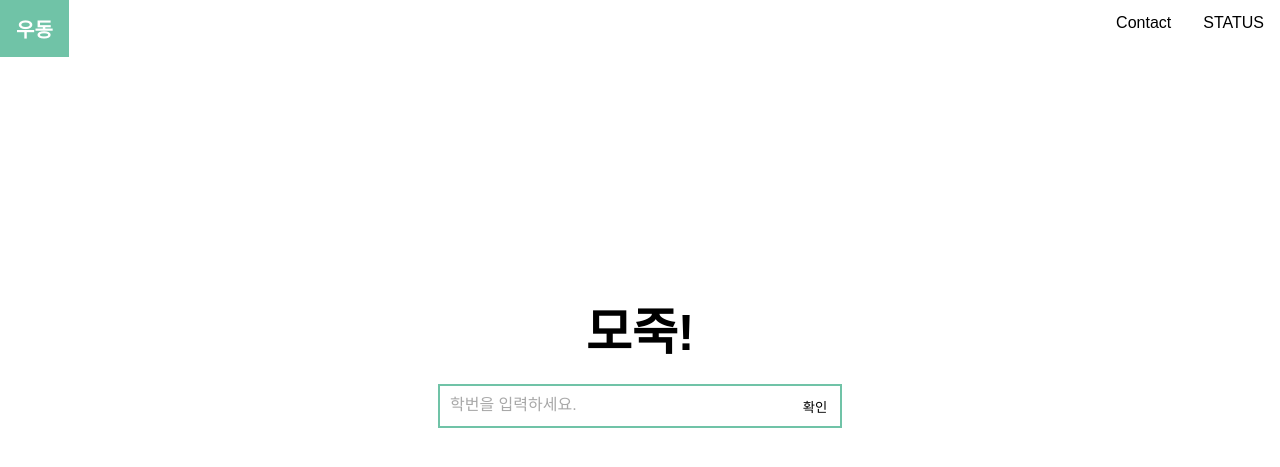
Repository: charmingjae/circles
Page: http://localhost/circles/root/login.jsp
The author's editor kept a copy of each file at every save. The page is drawn from the files as they stood at one save, then again after the next save.
The browser window is 1280 px wide. The pictures show the whole page.
Some web fonts or font styles are not loaded; a fallback is used. The page is served by Tomcat 9. Other server files are loaded and not shown.

Above is the page before, as saved 2020-07-09 15:42:02.

### circles/WebContent/root/login.jsp
<%@ page language="java" contentType="text/html; charset=UTF-8"
    pageEncoding="UTF-8"%>
<!DOCTYPE html>
<html>
<head>
	<meta charset="UTF-8">
	<title>MOJUK</title>

	<!-- Link login.css -->
	<link href="../css/index.css" rel="stylesheet" type="text/css">
	<script type="text/javascript">
		function validForm(){
			var frmStuNo = document.frmStuNo;
			var stuNo = frmStuNo.inputStuNo.value;

			if(!stuNo){
				alert('학번을 입력해주세요.');
				return;
			}
			else if(stuNo.length > 9 || stuNo.length < 9){
				alert('학번을 정확히 입력해주세요.');
				return;
			}
			else{
				frmStuNo.submit();
			}
		}

		function entValidForm(e){
			if(event.keyCode == 13){
				validForm();
			}
		}

		function maxLengthCheck(object){
			if(object.value.length > object.maxLength){
				object.value = object.value.slice(0, object.maxLength);
			}
		}

	</script>
</head>
<body>
	<!-- include header -->
	<%@include file ="../navbar/navbar.jsp" %>

	<!--
	2020. 07. 08.
	writer : minjae

	2020. 07. 09.
	memo : form tag 추가
	writer : minjae
	-->
	<form onsubmit="return false;" action="wrInfo.jsp" class="container" method="post" name="frmStuNo">
		<div class="container">
			<span> 모죽! </span>
			<div class="main">
				<input type="number" oninput="maxLengthCheck(this)" onkeydown="entValidForm()" maxlength="9" name="inputStuNo" placeholder="학번을 입력하세요.">
				<button type="button" onclick="validForm()">확인</button>
			</div>
		</div>
	</form>
</body>
</html>

### circles/WebContent/navbar/navbar.jsp
<%@ page language="java" contentType="text/html; charset=UTF-8"
    pageEncoding="UTF-8"%>
<!DOCTYPE html>
<html>
<head>
<meta charset="UTF-8">
<title></title>

	<!-- Link navbar.css -->
	<link href="../css/navbar.css" rel="stylesheet" type="text/css">
</head>
	<%
		String getSession = (String)session.getAttribute("userID");
	%>
<body>
	<ul id="main-menu">
		<li class="headName" id="main-menu1"><a href="../root/index.jsp" class="headName">우동</a></li>
		<%
			if((getSession != null) && (getSession.isEmpty() == false)){
				%>
				<li style="float:right" id="main-menu2"><a class="active" href="../root/admPg.jsp"><%=getSession %>님 환영합니다.</a>
					<ul id="sub-menu">
						<li><a class="subAct" href="../mojuk/member.jsp">🍀동아리원🍀</a></li>
						<li><a class="subAct" href="../proc/logout.jsp">로그아웃</a></li>
					</ul>
				</li>
				<%
			}
			else{

				%>
				<li style="float:right"><a class="active" href="../root/status.jsp">STATUS</a></li>
				<%
			}
		%>
		<li style="float:right"><a class="active" href="../root/contact.jsp">Contact</a></li>
	</ul>
</body>
</html>

### circles/WebContent/css/index.css
@charset "UTF-8";

/* @import url(//spoqa.github.io/spoqa-han-sans/css/SpoqaHanSans-kr.css);
@import url(https://fonts.googleapis.com/css?family=Roboto:400,100,700);
body, table, div, .container, span, input, .main{ font-family: ‘Roboto’, ‘Spoqa Han Sans’, ‘Spoqa Han Sans JP’, ‘Sans-serif’; } */

@import url(https://cdn.jsdelivr.net/gh/moonspam/NanumSquare@1.0/nanumsquare.css);

body {
    font-family: 'NanumSquare', sans-serif;
}


/*font-weight는 100(thin), 400(normal), 700(bold)만 사용하세요.*/


/* Chrome, iex, fire-fox Settings */
input:-ms-input-placeholder {color:#a8a8a8;}
input::-webkit-input-placeholder{color:#a8a8a8;}
input::-moz-placeholder{columns: #a8a8a8;}

/* Head Comment */
/* 나중에 px단위를 가변 단위로 바꿀 수 있으면 좋겠다. :-) */

html,body{
	height: 100%;
}

body{
	display:table-cell;
	margin: 0 auto;
}

/* .container{
	height: 100%;
	display: table-cell;
	vertical-align: middle;
	text-align:center;
} */

.container{
	position:absolute;
	left:50%;
	top:50%;
	transform: translate(-50%, -50%);
	vertical-align: middle;
	text-align:center;
}


/* 모죽! 관련 css */
.container span{
	font-size: 50px;
	font-weight: bold;
}


/* 학번 입력 div Settings */
div .main{
    height:40px;
    width: 400px;
    border: 2px solid #70c3a7;
    background: #ffffff;
    margin-top: 20px;
}

input{
	font-size: 16px;
	width: 325px;
	padding: 10px;
	border: 0px;
	outline: none;
	float: left;
}

button{
	width: 50px;
	height: 100%;
	border: 0px;
	background: #ffffff;
	outline: none;
	float: right;
	color: black;
}

button:hover{
	color: #ffffff;
	background: #70c3a7;
}

### circles/WebContent/css/navbar.css
@charset "UTF-8";

@import url(https://cdn.jsdelivr.net/gh/moonspam/NanumSquare@1.0/nanumsquare.css);

body {
    font-family: 'NanumSquare', sans-serif;
}

ul{
	width:100%;
	list-style-type: none;
	margin: 0;
	padding: 0;
	background-color: #ffffff;
	position:fixed;
}

li {
	float:none;
}

a {

  display: inline-block;
  color: black;
  text-align: center;
  padding: 14px 16px;
  text-decoration: none;
}

/* Change the link color to #111 (black) on hover */
a:hover {
  background-color: #70c3a7;
  color:#ffffff;
}

li .headName{
	font-weight: bold;
}

#sub-menu{
	position:absolute;
	opacity: 0;
	visibility: hidden;
}

#main-menu1{
	font-size: 20px;
}

#main-menu1, #main-menu2{
	float:left;
}

#main-menu2:hover #sub-menu{
	opacity:1;
	visibility:visible;
}
.subAct{
	width:130px !important;
}

### circles/WebContent/css/login.css
@charset "UTF-8";


@import url(https://cdn.jsdelivr.net/gh/moonspam/NanumSquare@1.0/nanumsquare.css);

body {
    font-family: 'NanumSquare', sans-serif;
}

/* Chrome, iex, fire-fox Settings */
input:-ms-input-placeholder {color:#a8a8a8;}
input::-webkit-input-placeholder{color:#a8a8a8;}
input::-moz-placeholder{columns: #a8a8a8;}

/* Head Comment */
/* 나중에 px단위를 가변 단위로 바꿀 수 있으면 좋겠다. :-) */

html,body{
	height: 100%;
}

body{
	display:table-cell;
	margin: 0 auto;
	background-color: #ffffff;
}

/* .container{
	height: 100%;
	display: table-cell;
	vertical-align: middle;
	text-align:center;
	background-color: #ffffff;
} */

.container{
	position:absolute;
	left:50%;
	top:50%;
	transform: translate(-50%, -50%);
	vertical-align: middle;
	text-align:center;
}


/* login 관련 css */
#showLogin{
	font-size: 60px;
	font-weight: bold;
	display:block;
}


/* 학번 입력 div Settings */
div .main{
    height:40px;
    width: 400px;
    border: 2px solid #70c3a7;
    background: #ffffff;
    margin-top: 20px;
}

input{
	font-size: 16px;
	width: 375px;
	padding: 10px;
	border: 0px;
	outline: none;
	float: left;
}

option[value=""][disabled]{
	display:none;
}

select{
	font-size: 16px;
	width: 390px;
	padding: 10px;
	border: 0px;
	outline: none;
	float: left;
}



/* Button div Settings */

div .subBtn{
	display:inline-block;
    height:40px;
    width: 170px;
    background: #ffffff;
    margin-top: 40px;
   	border-radius: 0.5em;
}

button{
	width: 100%;
	height: 100%;
	border: 1px solid #ff1999;
	background: #ffffff;
	outline: none;
	float: right;
	color: black;
	border-radius: 0.5em;
}

button:hover{
	color: #ffffff;
	background: #ff1999;
}

#showEtc{
	margin-top:10px;
	display:block;
}

#showRetIndex{
	color: blue;
	margin-top:10px;
	display:block;
}

After the next save:
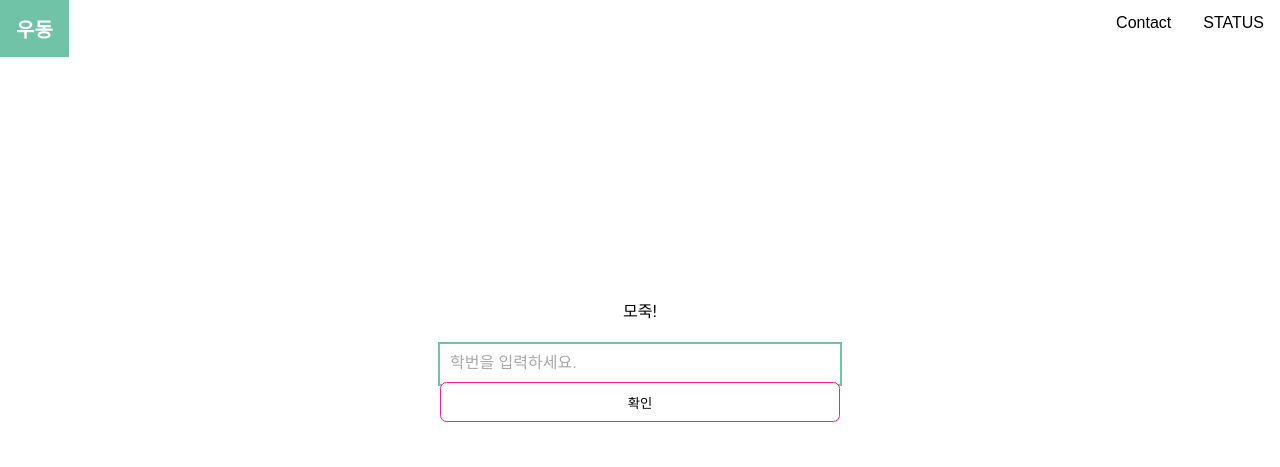
Saved 5 s later.
--- a/circles/WebContent/root/login.jsp
+++ b/circles/WebContent/root/login.jsp
@@ -7,7 +7,7 @@
 	<title>MOJUK</title>
 
 	<!-- Link login.css -->
-	<link href="../css/index.css" rel="stylesheet" type="text/css">
+	<link href="../css/login.css" rel="stylesheet" type="text/css">
 	<script type="text/javascript">
 		function validForm(){
 			var frmStuNo = document.frmStuNo;
